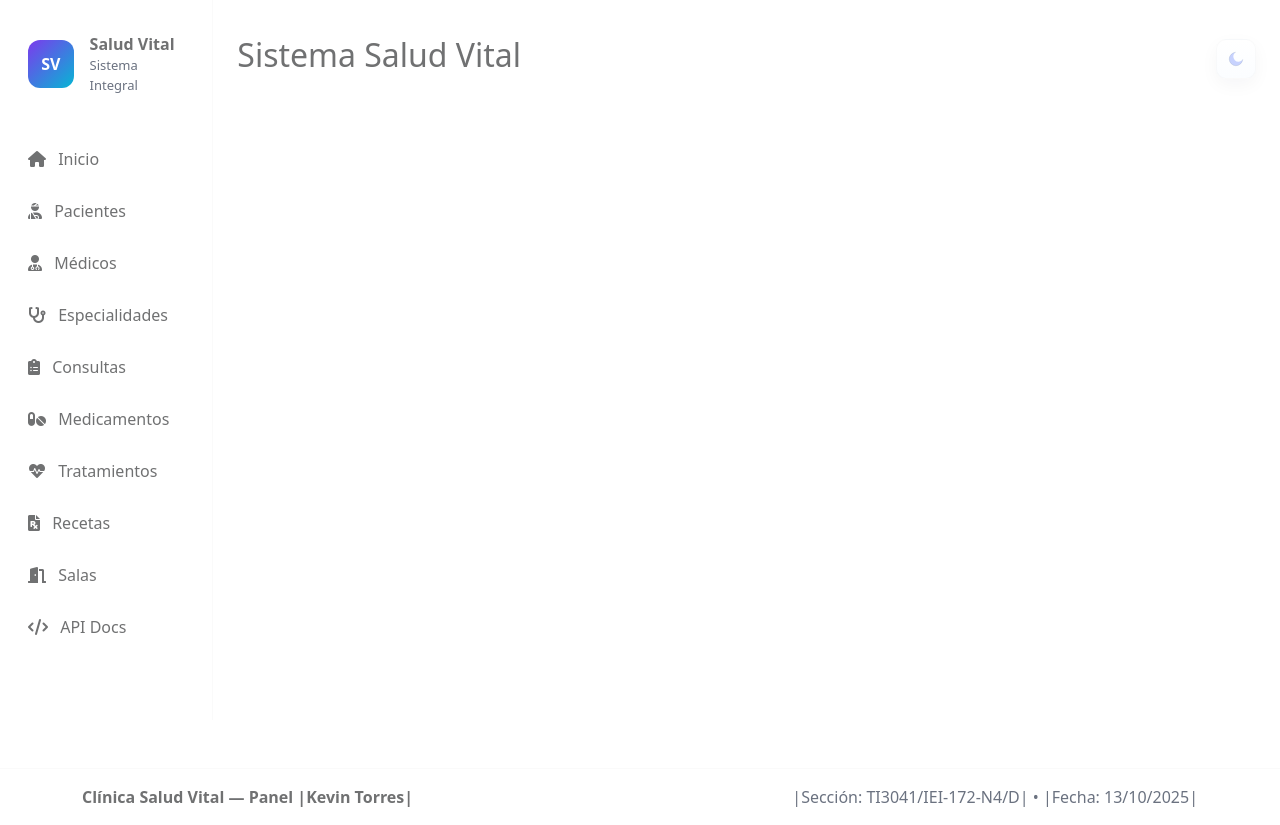
Repository: KeviNozh/eva2_clinica
Page: templates/base.html
The author's editor kept a copy of each file at every save. The page is drawn from the files as they stood at one save, then again after the next save.
The browser window is 1280 px wide. The pictures show the whole page.
The template is drawn by Django 5.2. The application's start-up code is not run. The template is opened directly, without the code that normally fills it, so the values that code supplies are empty.

Above is the page before, as saved 2025-10-16 00:01:22.

After the next save:
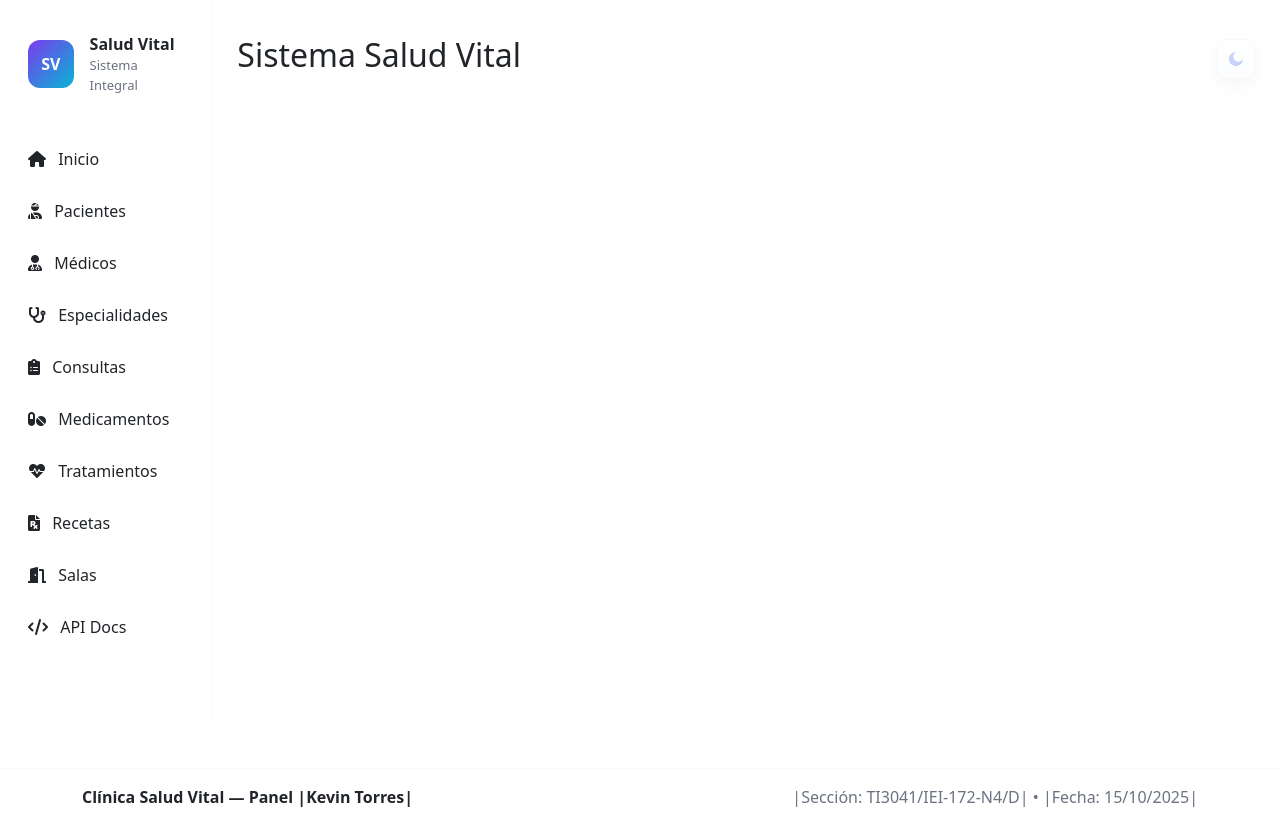
Saved 8 s later.
--- a/templates/base.html
+++ b/templates/base.html
@@ -5,7 +5,6 @@
     <meta name="viewport" content="width=device-width, initial-scale=1.0">
     <title>{% block title %}Sistema Salud Vital{% endblock %}</title>
 
-    <!-- Prevent theme flash: apply saved preference before CSS loads -->
     <script>
     (function(){
         try {
@@ -26,18 +25,17 @@
     })();
     </script>
 
-    <!-- Bootstrap -->
     <link href="https://cdn.jsdelivr.net/npm/bootstrap@5.3.0/dist/css/bootstrap.min.css" rel="stylesheet">
     <link rel="stylesheet" href="https://cdnjs.cloudflare.com/ajax/libs/font-awesome/6.0.0/css/all.min.css">
 
-    <!-- Google Fonts -->
     <link href="https://fonts.googleapis.com/css2?family=Poppins:wght@300;400;600;700&display=swap" rel="stylesheet">
 
     <style>
         :root {
             --bg: #ffffff;
             --muted: #6b7280;
-            --text: #707172ff;
+            /* CORREGIDO: Texto más oscuro para el tema claro */
+            --text: #212529;
             --card: #fff;
             --glass: rgba(121, 121, 121, 0.04);
             --accent-1: linear-gradient(135deg,#7c3aed,#06b6d4);
@@ -56,7 +54,8 @@
         html[data-theme="dark"] {
             --bg: linear-gradient(180deg,#071021,#071827);
             --muted: #9aa6b2;
-            --text: #e6f1f6;
+            /* CORREGIDO: Texto más claro para el tema oscuro */
+            --text: #e9ecef;
             --card: #071226;
             --glass: rgba(255,255,255,0.03);
             --shadow: 0 10px 30px rgba(2,6,23,0.6);
@@ -162,7 +161,6 @@
 <body>
     <div class="container-fluid">
         <div class="row">
-            <!-- Sidebar -->
             <nav class="col-md-3 col-lg-2 d-md-block sidebar">
                 <div class="position-sticky pt-3">
                     <div class="brand p-3 mb-4">
@@ -232,7 +230,6 @@
                 </div>
             </nav>
 
-            <!-- Main content -->
             <main class="col-md-9 ms-sm-auto col-lg-10 px-md-4 main-content">
                 <div class="d-flex justify-content-between flex-wrap flex-md-nowrap align-items-center pt-3 pb-2 mb-3">
                     <h1 class="h2">{% block page_title %}Sistema Salud Vital{% endblock %}</h1>
@@ -247,7 +244,6 @@
                     </div>
                 </div>
 
-                <!-- Mensajes -->
                 {% if messages %}
                 <div class="messages">
                     {% for message in messages %}
@@ -259,19 +255,17 @@
                 </div>
                 {% endif %}
 
-                <!-- Contenido principal -->
                 {% block content %}
                 {% endblock %}
             </main>
         </div>
     </div>
 
-    <!-- Footer -->
     <footer class="mt-5 py-3" style="background: var(--card); border-top: 1px solid var(--glass);">
         <div class="container">
             <div class="d-flex justify-content-between align-items-center">
                 <div style="font-weight:700">Clínica Salud Vital — Panel |Kevin Torres| </div>
-                <div style="color: var(--muted);">|Sección: TI3041/IEI-172-N4/D| • |Fecha: 13/10/2025|</div>
+                <div style="color: var(--muted);">|Sección: TI3041/IEI-172-N4/D| • |Fecha: 15/10/2025|</div>
             </div>
         </div>
     </footer>

After the save that followed:
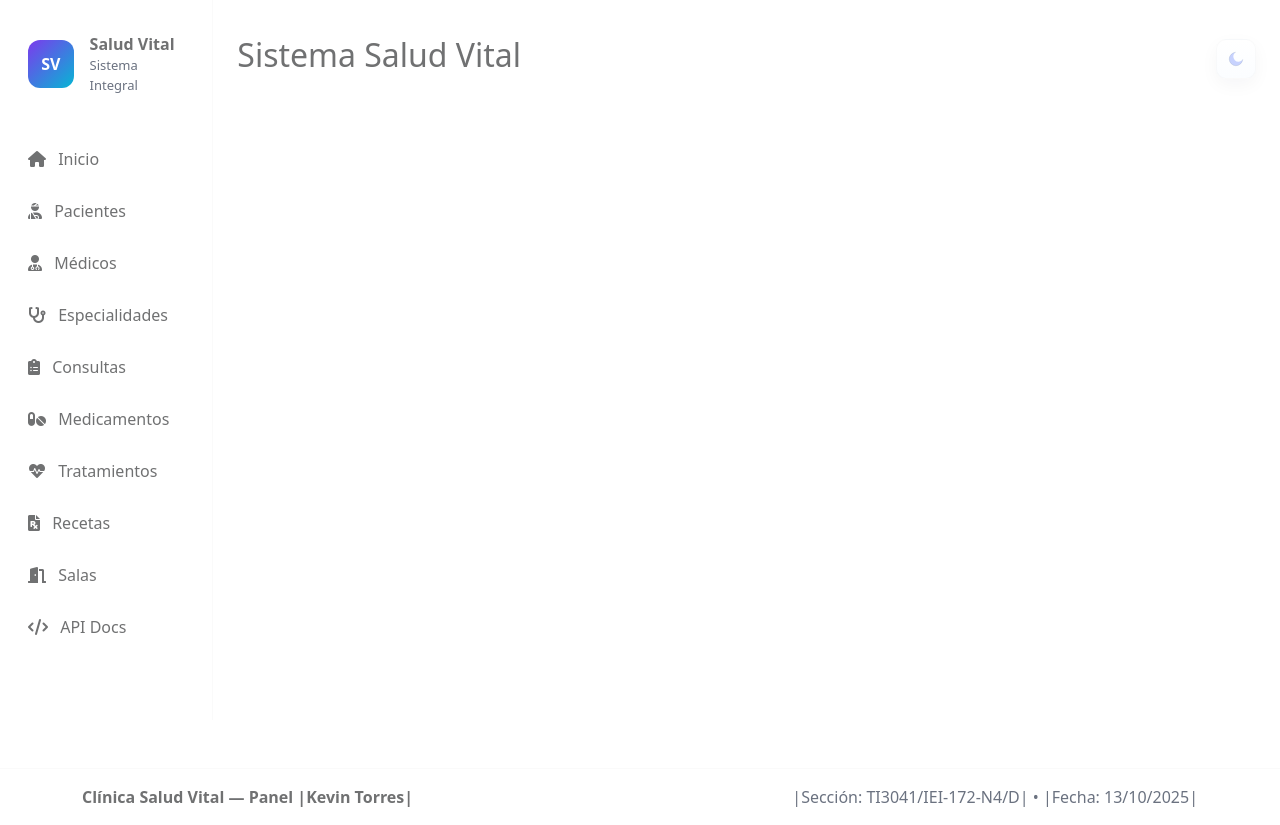
Saved 75 s later.
--- a/templates/base.html
+++ b/templates/base.html
@@ -5,6 +5,7 @@
     <meta name="viewport" content="width=device-width, initial-scale=1.0">
     <title>{% block title %}Sistema Salud Vital{% endblock %}</title>
 
+    <!-- Prevent theme flash: apply saved preference before CSS loads -->
     <script>
     (function(){
         try {
@@ -25,17 +26,18 @@
     })();
     </script>
 
+    <!-- Bootstrap -->
     <link href="https://cdn.jsdelivr.net/npm/bootstrap@5.3.0/dist/css/bootstrap.min.css" rel="stylesheet">
     <link rel="stylesheet" href="https://cdnjs.cloudflare.com/ajax/libs/font-awesome/6.0.0/css/all.min.css">
 
+    <!-- Google Fonts -->
     <link href="https://fonts.googleapis.com/css2?family=Poppins:wght@300;400;600;700&display=swap" rel="stylesheet">
 
     <style>
         :root {
             --bg: #ffffff;
             --muted: #6b7280;
-            /* CORREGIDO: Texto más oscuro para el tema claro */
-            --text: #212529;
+            --text: #707172ff;
             --card: #fff;
             --glass: rgba(121, 121, 121, 0.04);
             --accent-1: linear-gradient(135deg,#7c3aed,#06b6d4);
@@ -54,8 +56,7 @@
         html[data-theme="dark"] {
             --bg: linear-gradient(180deg,#071021,#071827);
             --muted: #9aa6b2;
-            /* CORREGIDO: Texto más claro para el tema oscuro */
-            --text: #e9ecef;
+            --text: #e6f1f6;
             --card: #071226;
             --glass: rgba(255,255,255,0.03);
             --shadow: 0 10px 30px rgba(2,6,23,0.6);
@@ -161,6 +162,7 @@
 <body>
     <div class="container-fluid">
         <div class="row">
+            <!-- Sidebar -->
             <nav class="col-md-3 col-lg-2 d-md-block sidebar">
                 <div class="position-sticky pt-3">
                     <div class="brand p-3 mb-4">
@@ -230,6 +232,7 @@
                 </div>
             </nav>
 
+            <!-- Main content -->
             <main class="col-md-9 ms-sm-auto col-lg-10 px-md-4 main-content">
                 <div class="d-flex justify-content-between flex-wrap flex-md-nowrap align-items-center pt-3 pb-2 mb-3">
                     <h1 class="h2">{% block page_title %}Sistema Salud Vital{% endblock %}</h1>
@@ -244,6 +247,7 @@
                     </div>
                 </div>
 
+                <!-- Mensajes -->
                 {% if messages %}
                 <div class="messages">
                     {% for message in messages %}
@@ -255,17 +259,19 @@
                 </div>
                 {% endif %}
 
+                <!-- Contenido principal -->
                 {% block content %}
                 {% endblock %}
             </main>
         </div>
     </div>
 
+    <!-- Footer -->
     <footer class="mt-5 py-3" style="background: var(--card); border-top: 1px solid var(--glass);">
         <div class="container">
             <div class="d-flex justify-content-between align-items-center">
                 <div style="font-weight:700">Clínica Salud Vital — Panel |Kevin Torres| </div>
-                <div style="color: var(--muted);">|Sección: TI3041/IEI-172-N4/D| • |Fecha: 15/10/2025|</div>
+                <div style="color: var(--muted);">|Sección: TI3041/IEI-172-N4/D| • |Fecha: 13/10/2025|</div>
             </div>
         </div>
     </footer>
